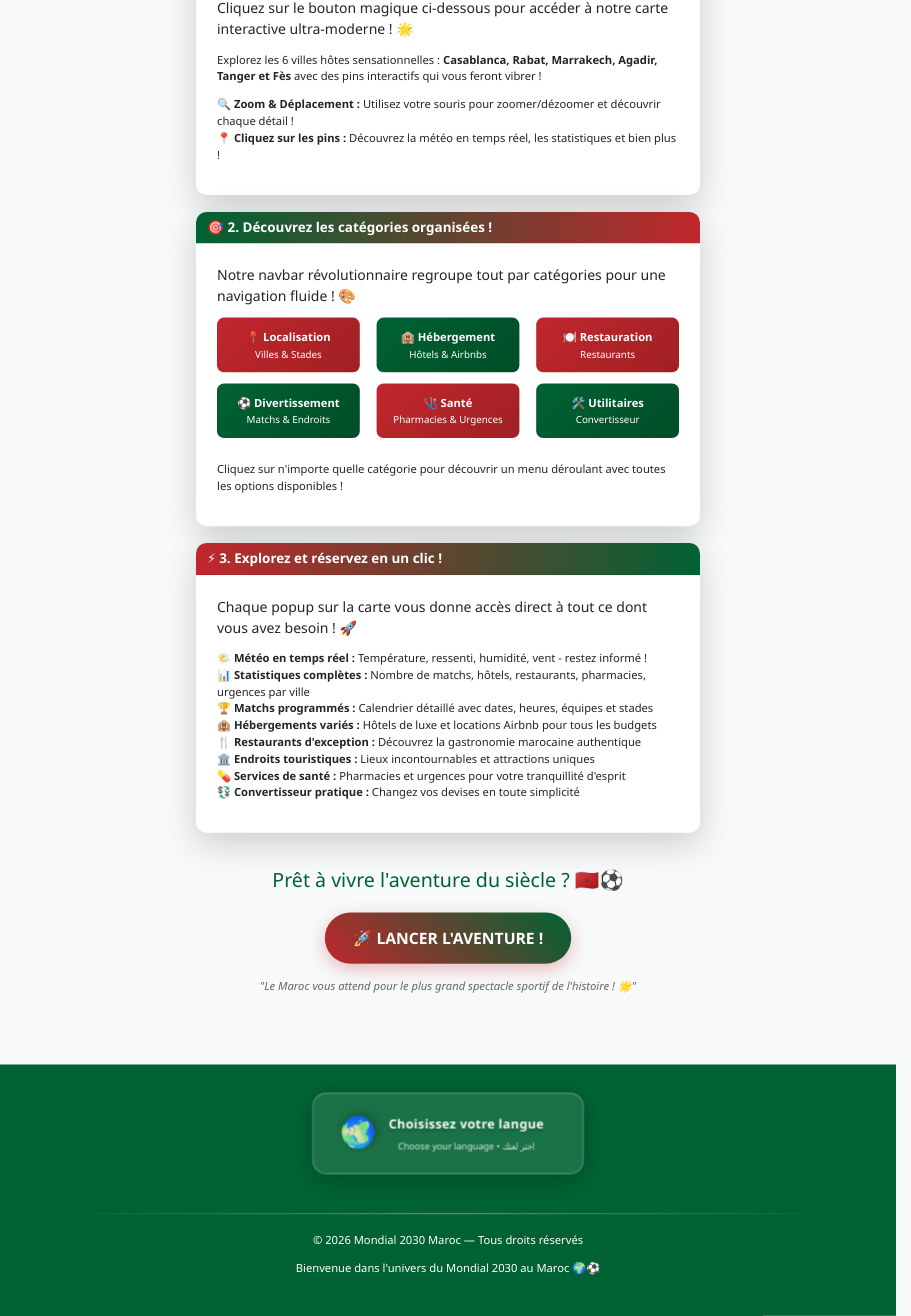
Repository: syrine120/Mondial-2030-Maroc
Page: http://localhost/guide
These files come from the project's save history. The page is drawn as it stood at one moment and after the next save; the edit follows.
The browser window is 1280 px wide. The page is 1302 px wide, so the pictures cover 1302 px, including what lies to the right of the window. The pictures show the part of the page from y = 714 to 2594 px (the page is 2594 px tall before and 2371 px after), at 70% of full size.
The page is served by the project's Laravel application, run on PHP 8.4 with Laravel 12.

Above is the page before, as saved 2026-01-05 21:19:12.

After the next save:
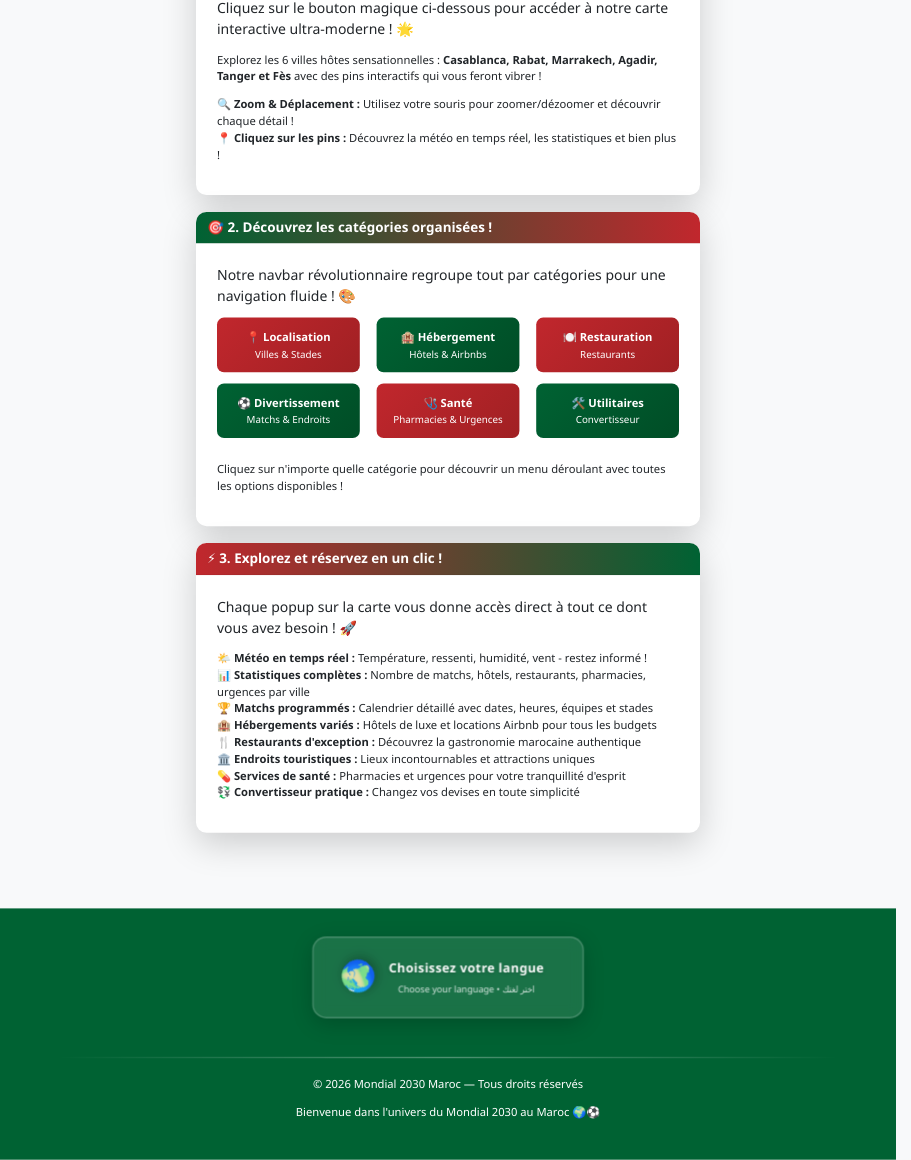
Saved 27 min 31 s later.
--- a/resources/views/guide.blade.php
+++ b/resources/views/guide.blade.php
@@ -90,13 +90,7 @@
         </div>
       </div>
 
-      <div class="text-center" style="margin-top: 50px;">
-        <h3 style="color: #006233; margin-bottom: 30px;">Prêt à vivre l'aventure du siècle ? 🇲🇦⚽</h3>
-        <a href="{{ route('carte') }}" class="btn btn-lg" style="background: linear-gradient(45deg, #c1272d, #006233); color: white; border: none; padding: 20px 40px; font-size: 1.4rem; font-weight: bold; border-radius: 50px; box-shadow: 0 8px 25px rgba(193, 39, 45, 0.3); text-decoration: none; transition: all 0.3s ease;">
-          🚀 LANCER L'AVENTURE !
-        </a>
-        <p style="margin-top: 20px; color: #666; font-style: italic;">"Le Maroc vous attend pour le plus grand spectacle sportif de l'histoire ! 🌟"</p>
-      </div>
+
     </div>
   </div>
 </div>
